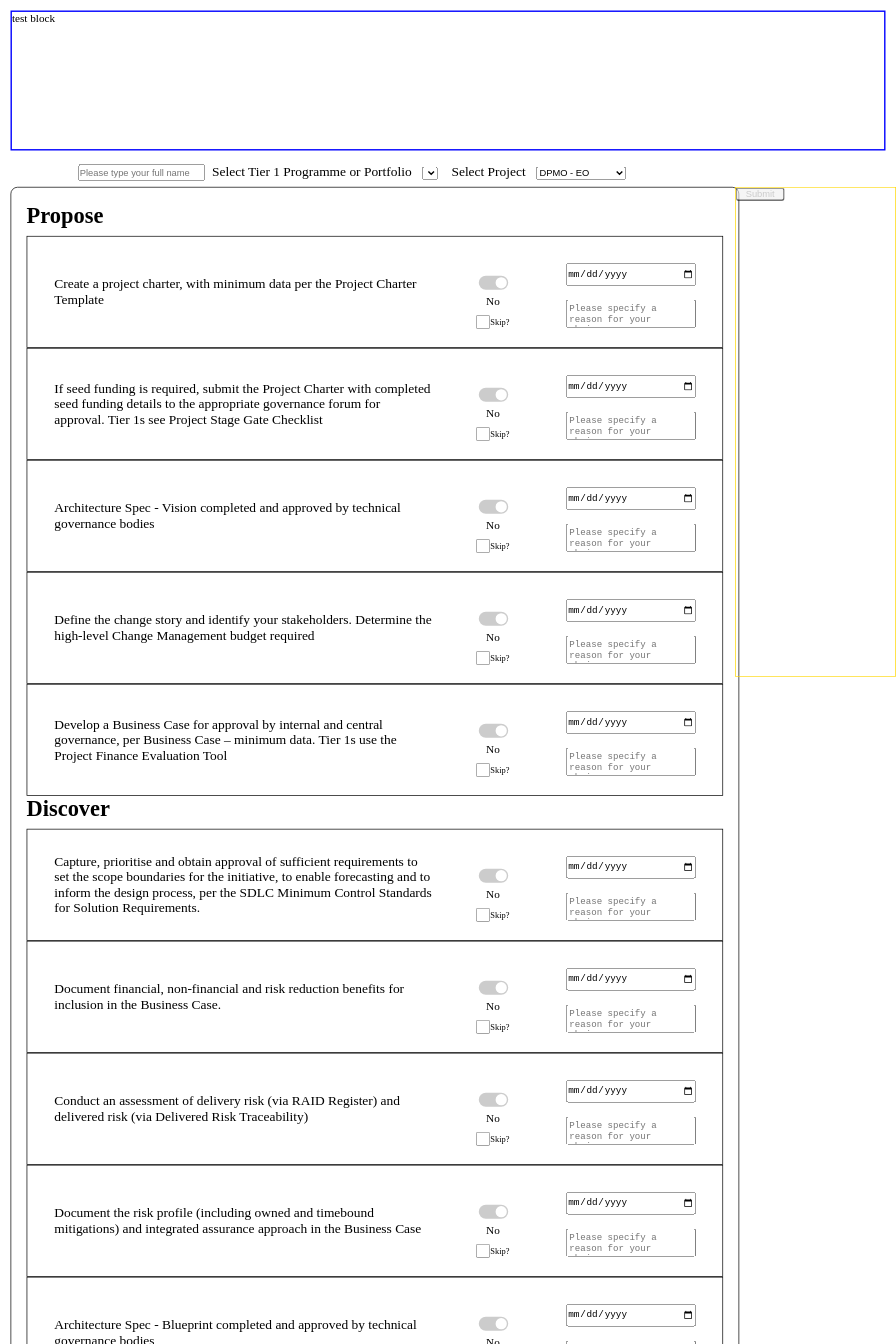
Repository: I-Alpha/JQuery-Html-form
Page: Project-form.html
The author's editor kept a copy of each file at every save. The page is drawn from the files as they stood at one save, then again after the next save.
The browser window is 1280 px wide. The pictures show the part of the page from y = 0 to 1920 px (the page is 8699 px tall), at 70% of full size.

Above is the page before, as saved 2020-10-27 00:54:39.

### Project-form.html
<!DOCTYPE html>
<html lang="en">

<head>
    <meta charset="UTF-8">
    <meta name="viewport" content="width=device-width, initial-scale=1.0">
    <link rel="preload" type="fetch" id="Excelfile" name="Excelfile" value="QuestionData.xlsx" />
    <script src="https://ajax.googleapis.com/ajax/libs/jquery/3.5.1/jquery.min.js"></script>
    <script src="https://cdnjs.cloudflare.com/ajax/libs/xlsx/0.14.5/xlsx.full.min.js"></script>
    <script src="https://cdnjs.cloudflare.com/ajax/libs/babel-polyfill/6.26.0/polyfill.js"></script>
    <script src="https://cdnjs.cloudflare.com/ajax/libs/xlsx/0.8.0/jszip.js"></script>
    <script src="https://cdnjs.cloudflare.com/ajax/libs/xlsx/0.8.0/xlsx.js"></script>
    <script src="main.js"></script>
    <link rel="stylesheet" href="main.css" />
    </style>
    <title>Document</title>
</head>

<body style=" display:flex; flex-direction: column; padding: 15px">
    <div id="testblock" name="testblock" style="border:2px solid blue; width: 100%; min-height:200px">test block</div>


    <div id="mainwrapper" style="justify-content: center;">
        <div id="preBar" class="container">
            <div id="formControl" class="container">    <input type= "text" id= "fullname" class= "required" placeholder="Please type your full name"></input>
                <label for="selectPorfolio">Select Tier 1 Programme or Portfolio
                    <select name="selectPorfolio" id="selectPorfolio" style=" margin :0 0 0 10px; max-width:8rem;"
                        placeholder="Select Portfolio"></select></label>
                <label for="selectProject">Select Project
                    <select name="selectProject" id="selectProject" style=" margin :0 0 0 10px; max-width:8rem; "
                        placeholder="Select Portfolio"></select></label>
            </div>

        </div>
        <div id="formContainer" class="container">
            <div id="wrapper">
                <form id="form1">

                    <table class="hidden">
                        <tr>
                            <td colspan=4 class="questCol">
                                <label class="questionLabel" for="mainCheck"></label>
                            </td>
                            <td colspan=1 class="inputCol">
                                <span class="inputContainer">
                                    <span class="mainCheckContainer" style=" display:flex; flex-direction: column;">
                                        <label class="switch">
                                            <input class="mainCheck" type="checkbox" checked>
                                            <span class="slider  round"></span>
                                        </label>
                                        <p for="mainCheck" class="mainChoice" data-val="Yes">No</p>
                                    </span>
                                    <span class="skipContainer" style="left : 6px; display:flex; ">
                                        <input class="skipCheck" type="checkbox">
                                        <p class="skipChoice">Skip?</p>
                                    </span>

                                </span>
                            </td>
                            <td colspan=2 class="altCol">
                                <input type="date" min="getDate()">
                                <textarea type="text"
                                    placeholder="Please specify a reason for your choice...."></textarea>
                            </td>
                        </tr>
                    </table>

                </form>
            </div><div></div>
            <div id= "progressBar"  style ="border : 1px solid gold ; width :230px; right: 0;  position: fixed; height: 700px">
            <button style="order:1; margin:0;" class = "disabled"id="submitbtn" type="submit" form="form1" value="Submit">Submit</button>
        </div>
        </div>

    </div>

</body>

</html>

### main.css

    * {
        box-sizing: border-box;
        margin: 0;
        padding: 0;
        color: black;

    }

    html {
        width: 100%;
        height: 100%;

    }


    label{
        font-size:.9rem;
       }

    body {
        width: 100%;
        height: 100%;
        display: flex;
        position: relative;
        flex-direction: column;
    }

    .hidden{
    display:none;
    visibility: none;
    opacity: 0;
   position:absolute;
    }
    .center {

        text-align: center;
    }

    .container {
        display: flex;
        position: relative;
    }


    h1 {
        margin-bottom: 10px;
    }

    #wrapper {
        border: solid 1px black;
        border-radius: 10px;
        padding: 20px;
        margin-bottom: 10px;

    }

    #mainwrapper{
        max-width: 98%;
    }
    p {
        color: black;
        font-size: 1rem;
        height: auto;
        width: auto;
    }

 .disabled{
     opacity: 60%;
     color:darkgray;
     pointer-events: none;
 }
  form{
      width:100%;
      height : auto;
  }

    .skipContainer {
        position: relative;
        align-items: center;
        left: 0;
        display: flex;
        margin-top: 10px;
    }

    .skipCheck {
        width: 20px;
        height: 20px;

    }

    .skipChoice {font-size: 12px;}


    .skipChoice,
    .skipCheck {
        position: relative;
        left: -10px;
    }

    /* slider */
    .switch {
        position: relative;
        display: inline-block;
        width: 42px;
        height: 20px;
    }

    .switch input {
        opacity: 0;
        width: 0;
        height: 0;
    }

    .slider {
        position: absolute;
        cursor: pointer;
        top: 0;
        left: 0;
        right: 0;
        bottom: 0;
        background-color: #ccc;
        -webkit-transition: .4s;
        transition: .4s;
    }

    .slider:before {
        position: absolute;
        content: "";
        height: 16px;
        width: 16px;
        right:2px;
        bottom: 2px;
        background-color: white;
        -webkit-transition: .4s;
        transition: .4s;
    }

    .mainCheck:checked+.slider {
        background-color: #2196F3;
    }

    .mainCheck:focus+.slider {
        box-shadow: 0 0 1px #2196F3;
    }

    .mainCheck:checked+.slider:before {
        -webkit-transform: translateX(-23px);
        -ms-transform: translateX(-23px);
        transform: translateX(-23px);
    }

    /* Rounded sliders */
    .slider.round {
        border-radius: 34px;
    }

    .slider.round:before {
        border-radius: 50%;
    }

    /*end of slider section*/

    button {
        margin: 10px;
        width: 70px;
        border-radius: 4px;
    }

    td {
         display: flex;
         flex-direction: column;
    }
    td > *{
         padding : 5px 0;
    }


    tr{
        height:10rem;   border: 1px solid black;
        border-collapse: collapse;
}

tr::after{
    border: 1px solid green;
    height:1px;
    content: :" ";
    width: 100%;
    position: relative;
    display: block;
}

td.inputContainer {
    display: inline-block;
    height:100%;
}

td.inputCol{
    display:flex;
    position: relative;
    text-align: center;
    align-items:center;
    min-height:100%;

}

  .questCol textarea{

   padding:  2px  3px;
   display: block;
   position: relative;
   min-width: 95%;
}



/* iPads (portrait and landscape) ----------- */
@media only screen
and (min-device-width : 768px)
and (max-device-width : 1024px) {
/* Styles */
}

/* iPads (landscape) ----------- */
@media only screen
and (min-device-width : 768px)
and (max-device-width : 1024px)
and (orientation : landscape) {
/* Styles */
}

/* iPads (portrait) ----------- */
@media only screen
and (min-device-width : 768px)
and (max-device-width : 1024px)
and (orientation : portrait) {
/* Styles */
}

/* Desktops and laptops ----------- */
@media only screen
and (min-width : 1224px) {
/* Styles */

 label {
     font-size: 1.2rem;
 }

#wrapper{
     min-width: 85%;
     height:auto;
    }

    .inputContainer{

        position: relative;
        top:15px;
     }

    td.inputCol{
        position: absolute;
        vertical-align: middle;


    }

    td {
        position: relative;
        justify-content: center;
        padding:10px 15px;}

    .questCol{
        position: relative;
        padding-right: 5px;
        max-width:35rem;
    }

    td.altCol{
        position: relative;
        height: 100%;
    }
     textarea{
        resize: none;
        display: block;
        font-size: 13px;
        text-align: start;
        align-content: flex-start;
         width:100%;
         top:10px;
         position: relative;
         margin-top:10px;
         padding: 4px 4px;
         align-items: flex-start;
    }

     td.altCol input {
         width:100%;
     }

    tr{
        display: flex;
        flex-direction: row;
        border: 1px solid black;
        border-collapse: collapse;
        justify-content: space-around;

    }


  #preBar{
   display: grid;
    flex-direction: row;
 padding:  0 97px;

   margin : 10px 0;
  }


  #preBar div{
 display: flex;
 height:2rem;

  }

  #radioBtnBox label{
    margin: 0 20px;
  }

  #radioBtnBox label input{
    margin: 0 10px;
  }
  #radioBtnBox{
    margin-left:90px;
    border:1px solid black;
    padding: 10px 0;
}

#formControl select{

    margin: 0px 10px 0  0;
}
#formControl label{
   margin:10px;
    align-items:center;

}

 #fullname{
     position: relative;
     max-height:1.5rem;
     bottom:-9.2px;
     width:

    }

#form1 {


    position: relative;
display: flex;
flex-direction: column;
}

table{
    width:100%;
}


.mainChoice {
    display: flex;
    margin-top: 8px;
    left:10px;
    position: relative;
}

#formContainer{


}

td.inputContainer {
    display: inline-block;
    height:100%;
}

td.inputCol{
    display:flex;
    position: relative;
    vertical-align: middle;
    text-align: center;
    align-items:center;
    min-height:100%;

}
}

/* Large screens ----------- */
@media only screen
and (min-width : 1824px) {
/* Styles */
}

/* iPhone 4 ----------- */
@media
only screen and (-webkit-min-device-pixel-ratio : 1.5),
only screen and (min-device-pixel-ratio : 1.5) {
/* Styles */
}

Loaded but not shown: main.js (514 lines, source omitted)

After the next save:
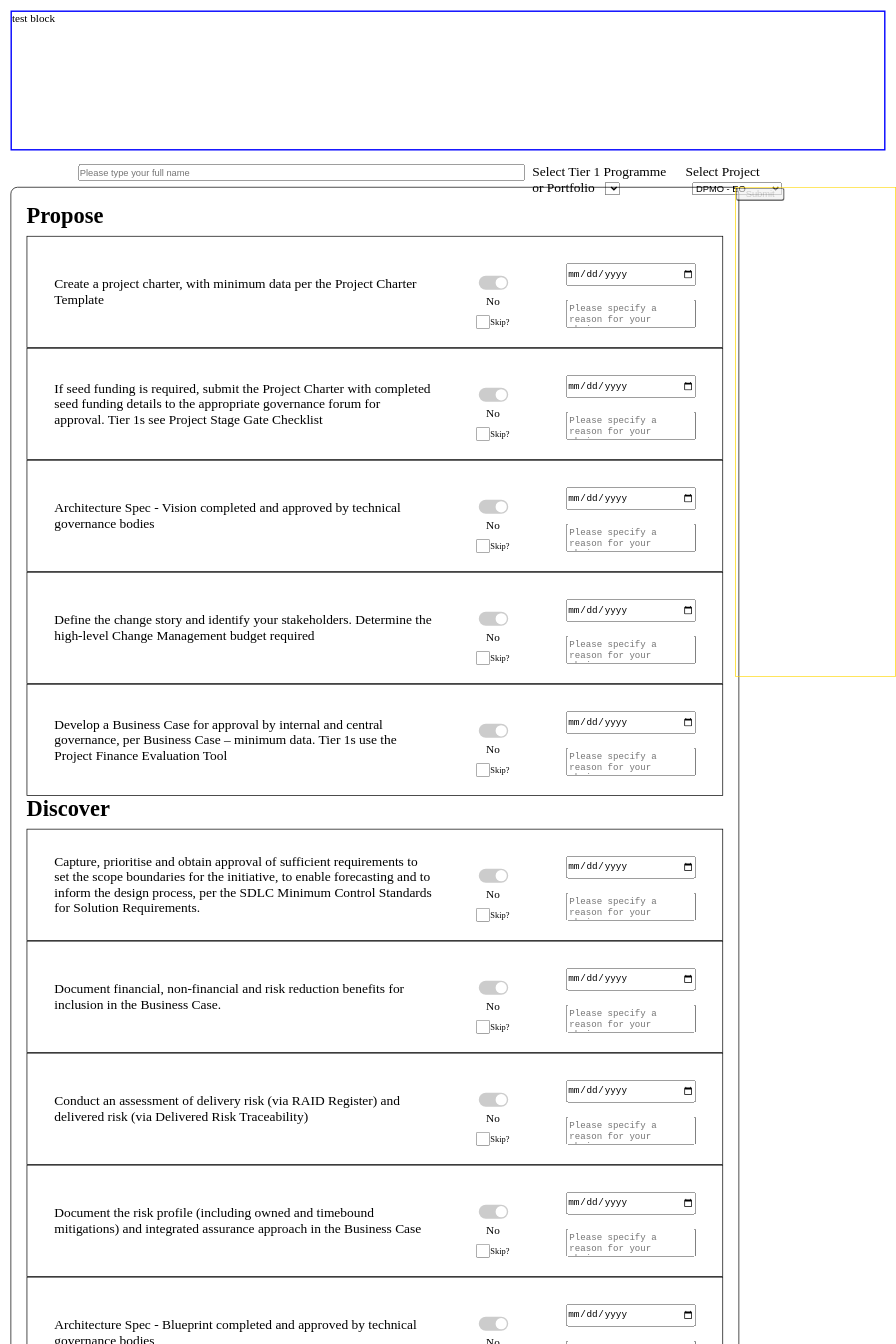
Saved 11 s later.
--- a/main.css
+++ b/main.css
@@ -349,7 +349,7 @@ and (min-width : 1224px) {
      position: relative;
      max-height:1.5rem;
      bottom:-9.2px;
-     width:
+     width: 100%;
 
     }
 
